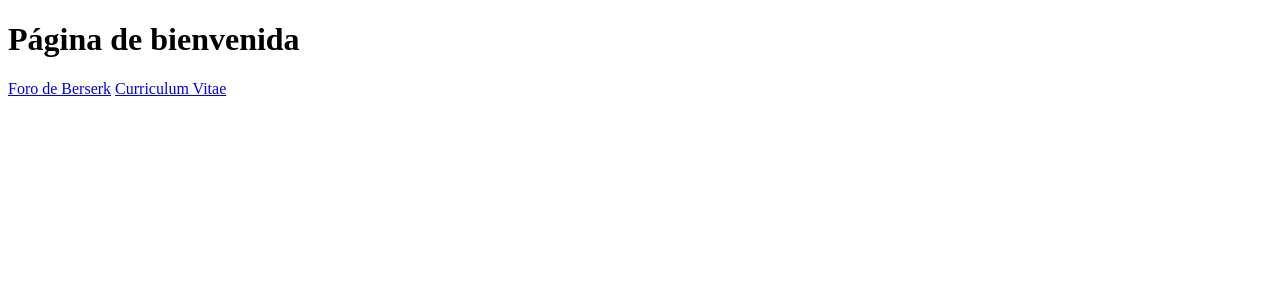
Repository: MateoSantander/Ejercicios4y5
Page: Ejercicio_4/src/main/webapp/index.html
An editor plug-in stored every save of this project. The page is shown before and after the next save, followed by the edit.
The browser window is 1280 px wide. The pictures show the whole page.

Above is the page before, as saved 2022-03-18 14:16:23.

### Ejercicio_4/src/main/webapp/index.html
<!DOCTYPE html>
<html>
<head>
<meta charset="UTF-8">
<title>Insert title here</title>
</head>
<body>
	<h1>Página de bienvenida</h1>
	<nav>
		<a href="otrasPaginas/pagina_principal.html">Foro de Berserk</a>
		<a href="otrasPaginas/paginaCV.html">Curriculum Vitae</a>
		</nav>
</body>
</html>

### Ejercicio_4/src/main/webapp/css/index.css
@charset "ISO-8859-1";

h1{
        color:rgb(rgb(255, 255, 255), green, blue);
        text-align:center;
        border-radius: 5px;
        background-color:blue;
  }

nav>a{
    margin-top: 50px;
    border-radius: 5px;
    padding: 8px;
    background-color: #501010;
    display: inline-block;
    text-decoration: none;
    color: aliceblue;
}

After the next save:
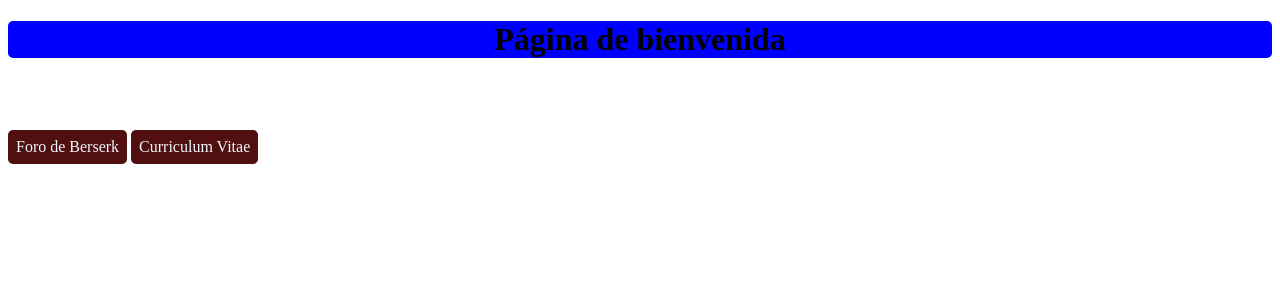
Saved 2 min 6 s later.
--- a/Ejercicio_4/src/main/webapp/index.html
+++ b/Ejercicio_4/src/main/webapp/index.html
@@ -3,6 +3,7 @@
 <head>
 <meta charset="UTF-8">
 <title>Insert title here</title>
+<link rel="stylesheet" href="css/index.css">
 </head>
 <body>
 	<h1>Página de bienvenida</h1>
